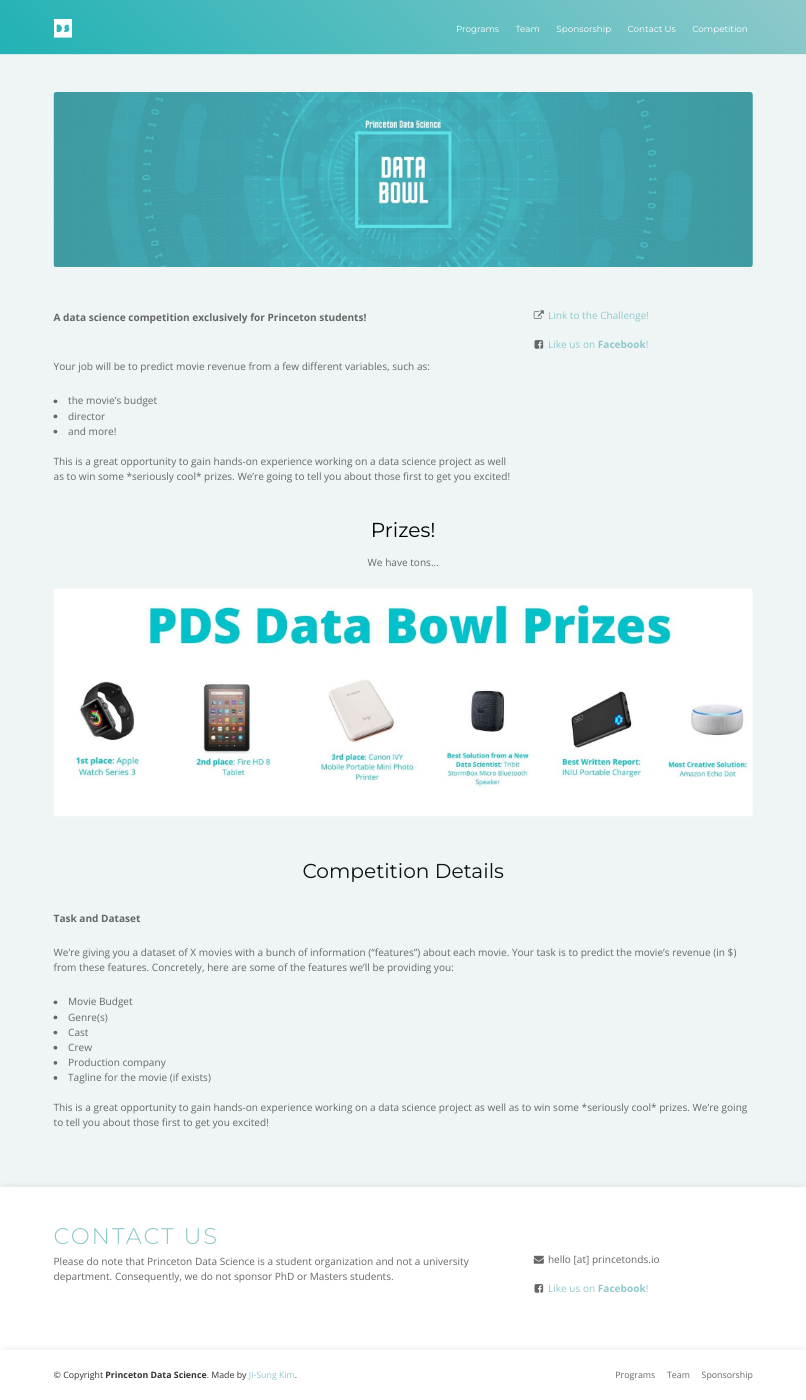
Repository: princetonds/princetonds.github.io
Page: team2.html
These files come from the project's save history. The page is drawn as it stood at one moment and after the next save; the edit follows.
The browser window is 1280 px wide. The pictures show the whole page, at 63% of full size.

Above is the page before, as saved 2021-03-20 22:46:52.
Console error: TypeError: Cannot read properties of null (reading 'innerHTML')

After the next save:
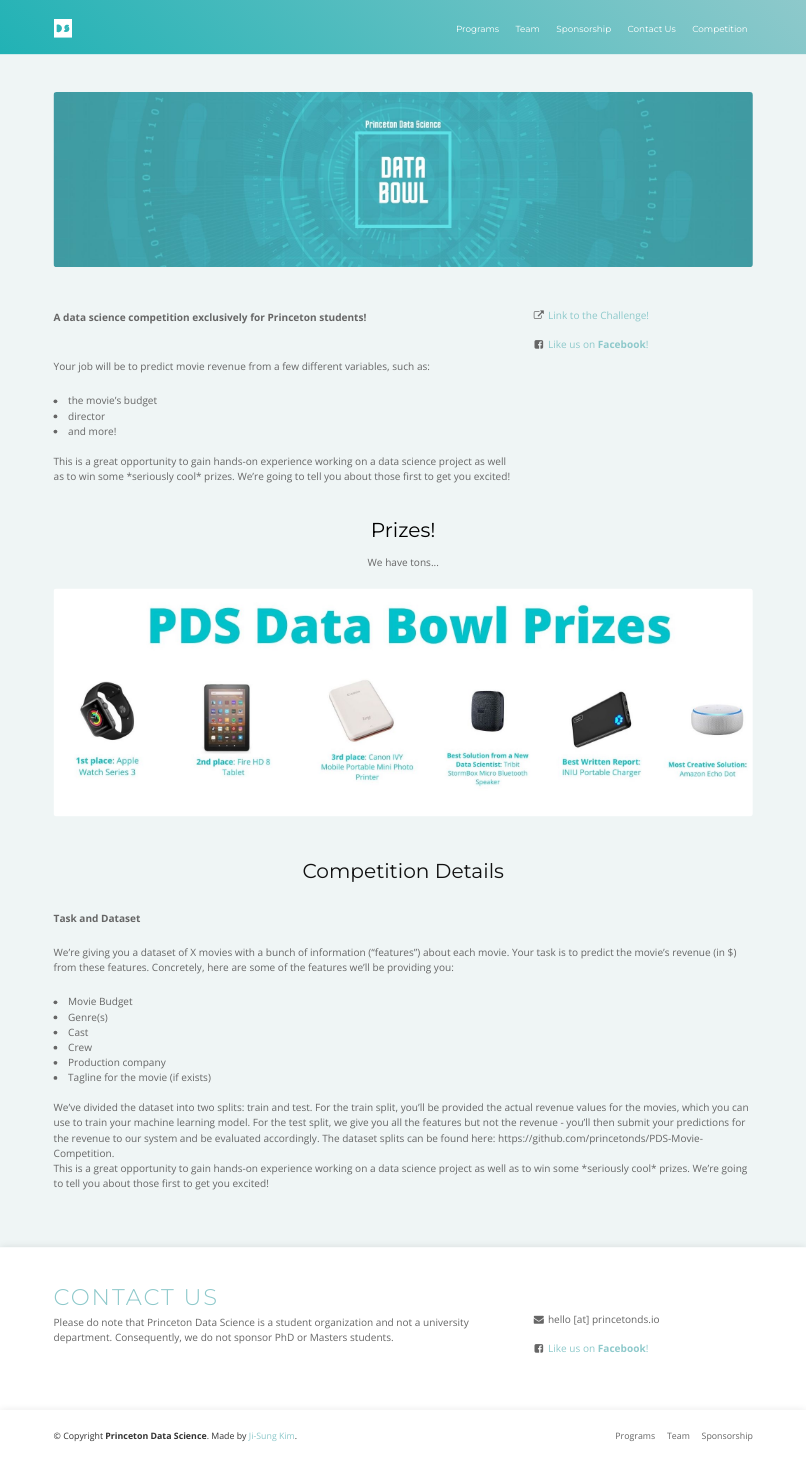
Saved 23 s later.
--- a/team2.html
+++ b/team2.html
@@ -157,6 +157,8 @@
               <li> Production company </li>
               <li> Tagline for the movie (if exists)</li>
               <br>
+              We’ve divided the dataset into two splits: train and test. For the train split, you’ll be provided the actual revenue values for the movies, which you can use to train your machine learning model. For the test split, we give you all the features but not the revenue - you’ll then submit your predictions for the revenue to our system and be evaluated accordingly. The dataset splits can be found here: https://github.com/princetonds/PDS-Movie-Competition.
+
               <p>   This is a great opportunity to gain hands-on experience working on a data science project as well as to win some *seriously cool* prizes. We’re going to tell you about those first to get you excited!</p>
 
         <!-- <span class="section-divider"></span> -->
